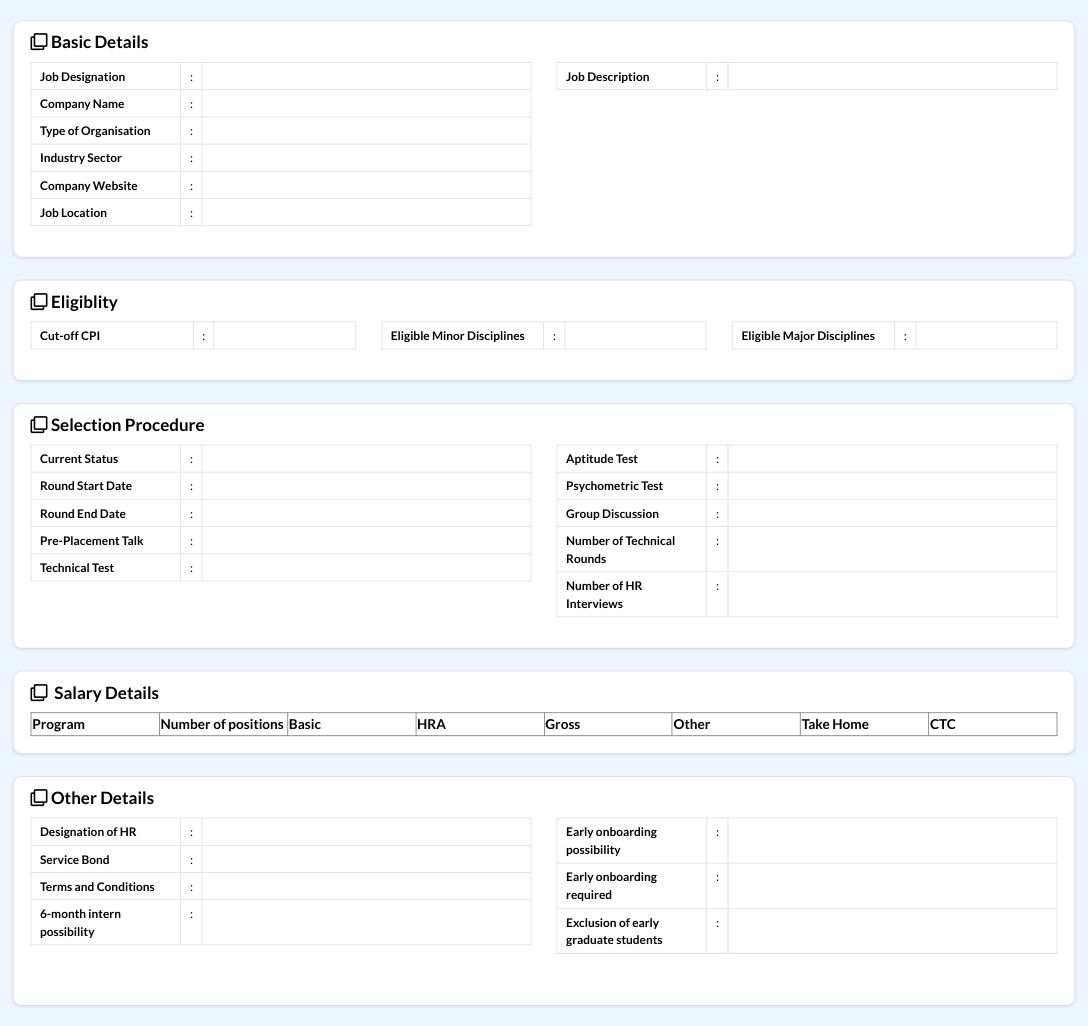
Repository: AditiDey29/Placement_Management_System
Page: templates/dashboard/one_job_details.html
The author's editor kept a copy of each file at every save. The page is drawn from the files as they stood at one save, then again after the next save.
The browser window is 1280 px wide. The pictures show the whole page, at 85% of full size.
Some web libraries are served in a nearby version. The template is drawn by Flask 3. The application's start-up code is not run. Other server files are loaded and not shown. The template is opened directly, without the code that normally fills it, so the values that code supplies are empty.

Above is the page before, as saved 2023-04-15 18:31:21.

### templates/dashboard/one_job_details.html
<!DOCTYPE html>
<html lang="en">

<head>
  <meta charset="UTF-8">
  <meta name="viewport" content="width=device-width, initial-scale=1.0">
  <meta http-equiv="X-UA-Compatible" content="ie=edge">
  <!-- Google Fonts -->
  <link href="https://fonts.googleapis.com/css?family=Lato:300,400,700,900&display=swap" rel="stylesheet">
  <!-- Bootstrap CSS -->
  <link rel='stylesheet' href='https://cdnjs.cloudflare.com/ajax/libs/twitter-bootstrap/4.1.3/css/bootstrap.min.css'>
  <!-- Font Awesome CSS -->
  <link rel='stylesheet' href='https://cdnjs.cloudflare.com/ajax/libs/font-awesome/5.12.1/css/all.min.css'>
  <title>Job Details</title>

  <style>
    body {
      background: #EDF6FF;
      /* fallback for old browsers */
      background: -webkit-linear-gradient(to right, #EDF6FF, #EDF6FF);
      /* Chrome 10-25, Safari 5.1-6 */
      background: linear-gradient(to right, #EDF6FF, #EDF6FF);
      /* W3C, IE 10+/ Edge, Firefox 16+, Chrome 26+, Opera 12+, Safari 7+ */
      padding: 0;
      margin: 0;
      font-family: 'Lato', sans-serif;
      color: #000;

    }

    .student-profile .card {
      border-radius: 10px;
    }

    .student-profile .card .card-header .profile_img {
      width: 150px;
      height: 150px;
      object-fit: cover;
      margin: 10px auto;
      border: 10px solid #ccc;
      border-radius: 50%;
    }

    .student-profile .card h3 {
      font-size: 20px;
      font-weight: 700;
    }

    .student-profile .card p {
      font-size: 16px;
      color: #000;
    }

    .student-profile .table th,
    .student-profile .table td {
      font-size: 14px;
      padding: 5px 10px;
      color: #000;
    }
  </style>
</head>

<body>
  <!-- START HERE -->

  <div class="student-profile py-4">
    <div class="container-fluid">
      <div class="row">

        <div class="col-lg-12">
          <div class="card shadow-sm">
            <div class="card-header bg-transparent border-0">
              <h3 class="mb-0"><i class="far fa-clone pr-1"></i>Basic Details</h3>
            </div>
            <div class="card-body person_details pt-0">
              <div class="row">
                <div class="col-lg-6">
                  <table class="table table-bordered">
                    <tr>
                      <th width="30%">Job Designation</th>
                      <td width="2%">:</td>
                      <td class="text-muted mb-0">{{job[1]}}</td>
                    </tr>
                    <tr>
                      <th width="30%">Company Name</th>
                      <td width="2%">:</td>
                      <td class="text-muted mb-0">{{company[3]}}</td>
                    </tr>
                    <tr>
                      <th width="30%">Type of Organisation</th>
                      <td width="2%">:</td>
                      <td class="text-muted mb-0">{{company[5]}}</td>
                    </tr>
                    <tr>
                      <th width="30%">Industry Sector</th>
                      <td width="2%">:</td>
                      <td class="text-muted mb-0">{{company[6]}}</td>
                    </tr>
                    <tr>
                      <th width="30%">Company Website</th>
                      <td width="2%">:</td>
                      <td class="text-muted mb-0">{{company[4]}}</td>
                    </tr>
                    <tr>
                      <th width="30%">Job Location</th>
                      <td width="2%">:</td>
                      <td class="text-muted mb-0">{{job[3]}}</td>
                    </tr>
                  </table>
                </div>
                <div class="col-lg-6">
                  <table class="table table-bordered">

                    <tr>
                      <th width="30%">Job Description</th>
                      <td width="2%">:</td>
                      <td class="text-muted mb-0">{{job[2]}}</td>
                    </tr>

                  </table>
                </div>
              </div>
            </div>
          </div>

          <div style="height: 26px"></div>
          <div class="card shadow-sm">
            <div class="card-header bg-transparent border-0">
              <h3 class="mb-0"><i class="far fa-clone pr-1"></i>Eligiblity</h3>
            </div>
            <div class="card-body ed_details pt-0">
              <div class="row">
                <div class="col-lg-4">
                  <table class="table table-bordered">
                    <tr>
                      <th width="50%">Cut-off CPI</th>
                      <td width="2%">:</td>
                      <td class="text-muted mb-0">{{job[4]}}</td>
                    </tr>
                  </table>
                </div>
                <div class="col-lg-4">
                  <table class="table table-bordered">
                    <tr>
                      <th width="50%">Eligible Minor Disciplines</th>
                      <td width="2%">:</td>
                      <td class="text-muted mb-0">{{job[15]}}</td>
                    </tr>
                  </table>
                </div>
                <div class="col-lg-4">
                  <table class="table table-bordered">
                    <tr>
                      <th width="50%">Eligible Major Disciplines</th>
                      <td width="2%">:</td>
                      <td class="text-muted mb-0">{{job[17]}}</td>
                    </tr>
                  </table>
                </div>
              </div>
            </div>
          </div>

          <div style="height: 26px"></div>
          <div class="card shadow-sm">
            <div class="card-header bg-transparent border-0">
              <h3 class="mb-0"><i class="far fa-clone pr-1"></i>Selection Procedure</h3>
            </div>
            <div class="card-body person_details pt-0">
              <div class="row">
                <div class="col-lg-6">
                  <table class="table table-bordered">
                    <tr>
                      <th width="30%">Current Status</th>
                      <td width="2%">:</td>
                      <td class="text-muted mb-0">{{job[1]}}</td>
                    </tr>
                    <tr>
                      <th width="30%">Round Start Date</th>
                      <td width="2%">:</td>
                      <td class="text-muted mb-0">{{job[12]}}
                      </td>
                    </tr>
                    <tr>
                      <th width="30%">Round End Date</th>
                      <td width="2%">:</td>
                      <td class="text-muted mb-0">{{job[13]}}
                      </td>
                    </tr>
                    <tr>
                      <th width="30%">Pre-Placement Talk</th>
                      <td width="2%">:</td>
                      <td class="text-muted mb-0">{{job[16]}}
                    </td>
                    </tr>
                    <tr>
                      <th width="30%">Technical Test</th>
                      <td width="2%">:</td>
                      <td class="text-muted mb-0">{{job[18]}}
                    </td>
                    </tr>
                  </table>

                </div>
                <div class="col-lg-6">
                  <table class="table table-bordered">
                    <tr>
                      <th width="30%">Aptitude Test</th>
                      <td width="2%">:</td>
                      <td class="text-muted mb-0">{{job[19]}}
                    </td>
                    </tr>
                    <tr>
                      <th width="30%">Psychometric Test</th>
                      <td width="2%">:</td>
                      <td class="text-muted mb-0">{{job[20]}}
                    </td>
                    </tr>
                    <tr>
                      <th width="30%">Group Discussion</th>
                      <td width="2%">:</td>
                      <td class="text-muted mb-0">{{job[21]}}
                    </td>
                    </tr>
                    <tr>
                      <th width="30%">Number of Technical Rounds</th>
                      <td width="2%">:</td>
                      <td class="text-muted mb-0">{{job[22]}}
                    </tr>
                    <tr>
                      <th width="30%">Number of HR Interviews</th>
                      <td width="2%">:</td>
                      <td class="text-muted mb-0">{{job[23]}}
                    </tr>
                  </table>
                </div>
              </div>
            </div>
          </div>


          <div style="height: 26px"></div>
          <div class="card shadow-sm">
            <div class="card-header bg-transparent border-0">
              <h3 class="mb-0"><i class="far fa-clone pr-1"></i> Salary Details</h3>
            </div>
            <div class="card-body ed_details pt-0">
              <div class="row">
                <div class="col-lg-12">
                  <table border="1" width="100%" style="table-layout: fixed;">
                    <tr>
                      <th>Program</th>
                      <th>Number of positions</th>
                      <th>Basic</th>
                      <th>HRA</th>
                      <th>Gross</th>
                      <th>Other</th>
                      <th>Take Home</th>
                      <th>CTC</th>

                    </tr>
                    {% for detail in details %}
                    <tr>
                      <td>{{detail[8]}}</td>
                      <td>{{detail[1]}}</td>
                      <td>{{detail[2]}}</td>
                      <td>{{detail[3]}}</td>
                      <td>{{detail[4]}}</td>
                      <td>{{detail[5]}}</td>
                      <td>{{detail[6]}}</td>
                      <td>{{detail[7]}}</td>
                    </tr>
                    {% endfor %}
                  </table>
                </div>
              </div>
            </div>
          </div>
        </div>
      </div>

      <div style="height: 26px"></div>
      <div class="card shadow-sm">
        <div class="card-header bg-transparent border-0">
          <h3 class="mb-0"><i class="far fa-clone pr-1"></i>Other Details</h3>
        </div>
        <div class="card-body person_details pt-0">
          <div class="row">
            <div class="col-lg-6">
              <table class="table table-bordered">
                <tr>
                  <th width="30%">Designation of HR</HR>
                  </th>
                  <td width="2%">:</td>
                  <td class="text-muted mb-0">{{job[1]}}</td>
                </tr>
                <tr>
                  <th width="30%">Service Bond</th>
                  <td width="2%">:</td>
                  <td class="text-muted mb-0">{{company[3]}}</td>
                </tr>
                <tr>
                  <th width="30%">Terms and Conditions</th>
                  <td width="2%">:</td>
                  <td class="text-muted mb-0">{{company[5]}}</td>
                </tr>
                <tr>
                  <th width="30%">6-month intern possibility</th>
                  <td width="2%">:</td>
                  <td class="text-muted mb-0">{{job[7]}}
                </td>
                </tr>

              </table>
            </div>
            <div class="col-lg-6">
              <table class="table table-bordered">
                <tr>
                  <th width="30%">Early onboarding possibility</th>
                  <td width="2%">:</td>
                  <td class="text-muted mb-0">{{job[8]}}
                </td>
                </tr>
                <tr>
                  <th width="30%">Early onboarding required</th>
                  <td width="2%">:</td>
                  <td class="text-muted mb-0">{{job[9]}}
                </td>
                </tr>
                <tr>
                  <th width="30%">Exclusion of early graduate students</th>
                  <td width="2%">:</td>
                  <td class="text-muted mb-0">{{job[10]}}
                </td>
                </tr>
                <tr>
              </table>

              <br>
              {%if (apply)%}
              <form method="POST">
                  <button class="btn btn-lg" type="submit">Apply</button>
              </form>
              {% endif %}
            </div>
          </div>
        </div>
      </div>


    </div>
  </div>





  <script src="http://code.jquery.com/jquery-3.3.1.min.js"
    integrity="sha256-FgpCb/KJQlLNfOu91ta32o/NMZxltwRo8QtmkMRdAu8=" crossorigin="anonymous"></script>
  <script src="https://cdnjs.cloudflare.com/ajax/libs/popper.js/1.14.3/umd/popper.min.js"
    integrity="sha384-ZMP7rVo3mIykV+2+9J3UJ46jBk0WLaUAdn689aCwoqbBJiSnjAK/l8WvCWPIPm49"
    crossorigin="anonymous"></script>
  <script src="https://stackpath.bootstrapcdn.com/bootstrap/4.1.1/js/bootstrap.min.js"
    integrity="sha384-smHYKdLADwkXOn1EmN1qk/HfnUcbVRZyYmZ4qpPea6sjB/pTJ0euyQp0Mk8ck+5T"
    crossorigin="anonymous"></script>
</body>

</html>

After the next save:
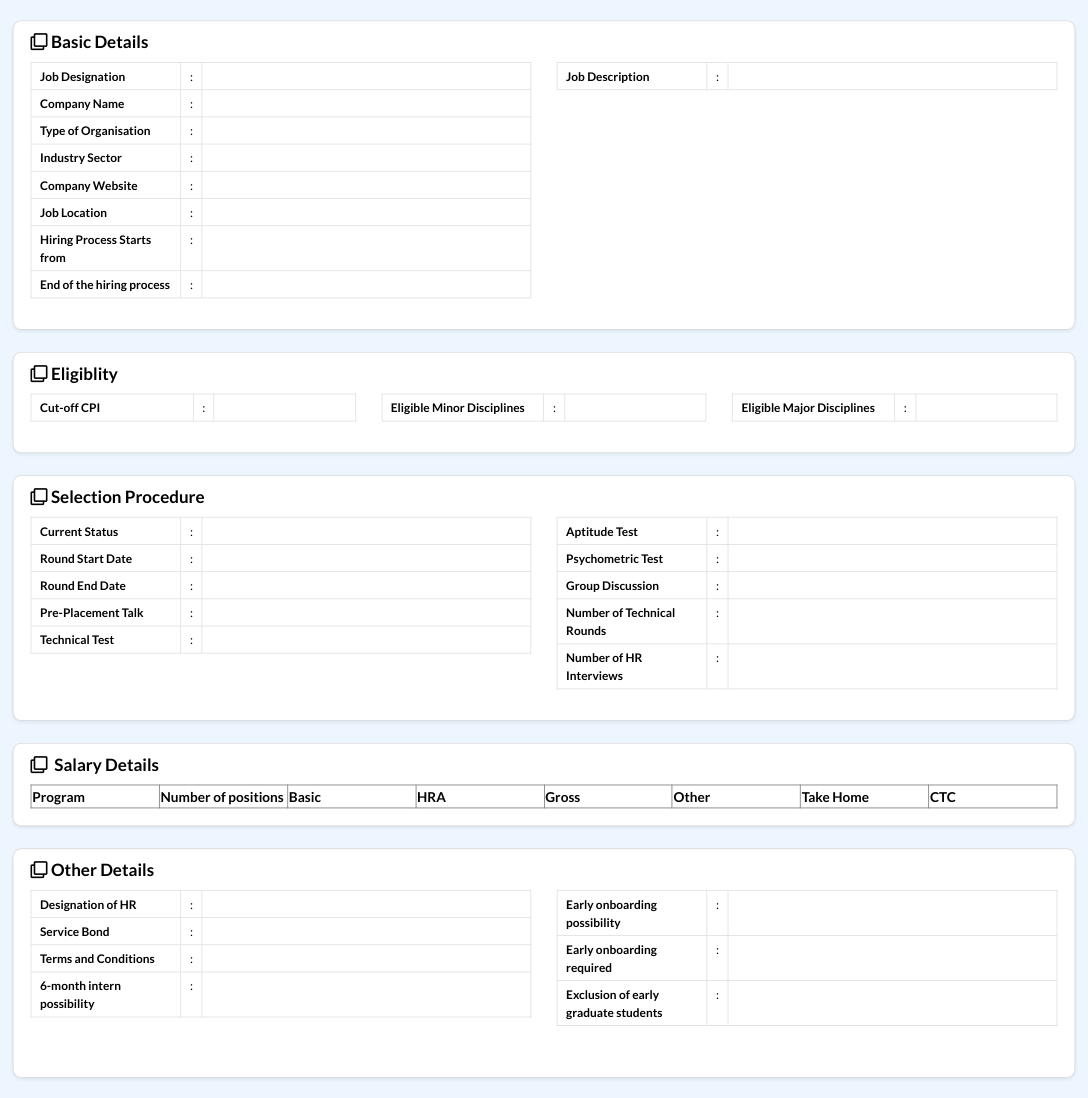
Saved 4 s later.
--- a/templates/dashboard/one_job_details.html
+++ b/templates/dashboard/one_job_details.html
@@ -106,6 +106,18 @@
                       <td width="2%">:</td>
                       <td class="text-muted mb-0">{{job[3]}}</td>
                     </tr>
+                    <tr>
+                      <th width="30%">Hiring Process Starts from</th>
+                      <td width="2%">:</td>
+                      <td class="text-muted mb-0">{{job[12]}}
+                      </td>
+                    </tr>
+                    <tr>
+                      <th width="30%">End of the hiring process</th>
+                      <td width="2%">:</td>
+                      <td class="text-muted mb-0">{{job[13]}}
+                      </td>
+                    </tr>
                   </table>
                 </div>
                 <div class="col-lg-6">
